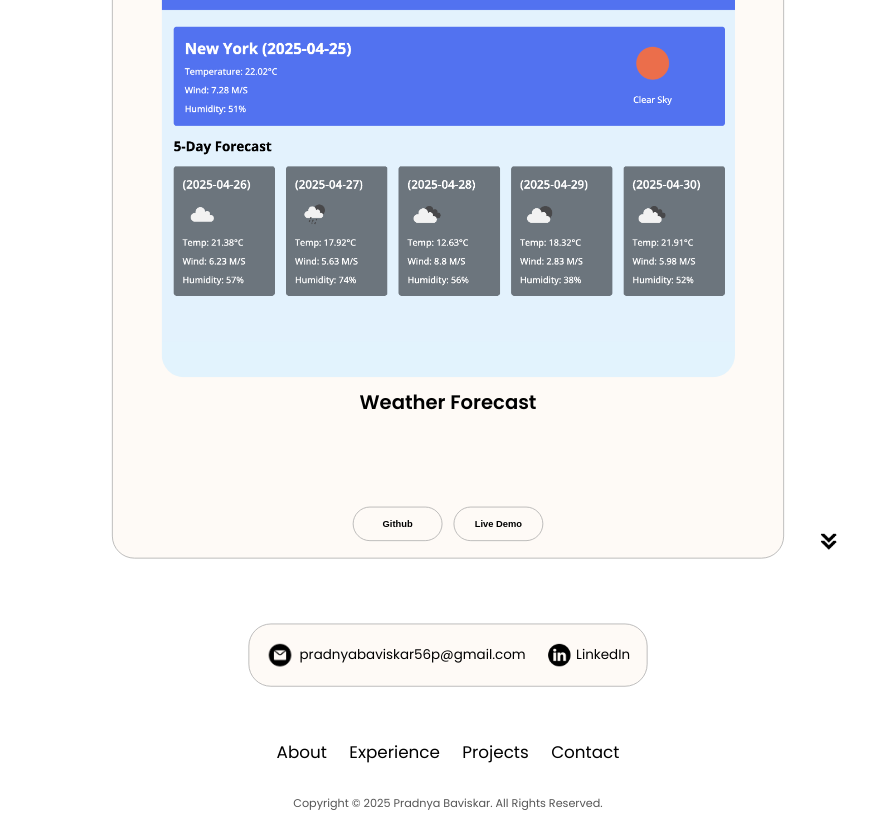
Repository: Pradnya-07/Portfolio-Pradnya
Page: index.html
An editor plug-in stored every save of this project. The page is shown before and after the next save, followed by the edit.
The browser window is 1280 px wide. The pictures show the part of the page from y = 4107 to 6027 px (the page is 5307 px tall before and 6027 px after), at 70% of full size.
A picture or video elsewhere on the page could not be fetched, so the positions and the page height are approximate.

Above is the page before, as saved 2025-05-03 23:30:58.

### index.html
<!DOCTYPE html>
<html lang="en">
  <head>
    <meta charset="UTF-8" />
    <meta http-equiv="X-UA-Compatible" content="IE=edge" />
    <meta name="viewport" content="width=device-width, initial-scale=1.0" />
    <title>My Portfolio</title>
    <link rel="stylesheet" href="style.css" />
    <link rel="stylesheet" href="mediaqueries.css" />
  </head>
  <body>
    <nav id="desktop-nav">
      <div class="logo">Pradnya Baviskar</div>
      <div>
        <ul class="nav-links">
          <li><a href="#about">About</a></li>
          <li><a href="#experience">Experience</a></li>
          <li><a href="#projects">Projects</a></li>
          <li><a href="#contact">Contact</a></li>
        </ul>
      </div>
    </nav>
    <nav id="hamburger-nav">
      <div class="logo">Pradnya Baviskar</div>
      <div class="hamburger-menu">
        <div class="hamburger-icon" onclick="toggleMenu()">
          <span></span>
          <span></span>
          <span></span>
        </div>
        <div class="menu-links">
          <li><a href="#about" onclick="toggleMenu()">About</a></li>
          <li><a href="#experience" onclick="toggleMenu()">Experience</a></li>
          <li><a href="#projects" onclick="toggleMenu()">Projects</a></li>
          <li><a href="#contact" onclick="toggleMenu()">Contact</a></li>
        </div>
      </div>
    </nav>
    <section id="profile">
      <div class="section__pic-container">
        <img src="./assets/profilephoto.jpg" alt="Pradnya Baviskar profile picture" />
      </div>
      <div class="section__text">
        <p class="section__text__p2">Hello, I'm</p>
        <h1 class="title">Pradnya Baviskar</h1>
        <p class="section__text__p2">Software Developer - Full Stack</p>
        <div class="btn-container">
          <button
            class="btn btn-color-2"
            onclick="window.open('./assets/pradnya_baviskar-3.pdf')"
          >
            Download CV
          </button>
          <button class="btn btn-color-1" onclick="location.href='#contact'">
            Contact Info
          </button>
        </div>
        <div id="socials-container">
          <img
            src="./assets/linkedin.png"
            alt="My LinkedIn profile"
            class="icon"
            onclick="location.href='https://linkedin.com/'"
          />
          <img
            src="./assets/github.png"
            alt="My Github profile"
            class="icon"
            onclick="location.href='https://github.com/'"
          />
        </div>
      </div>
    </section>
    <section id="about">
      <p class="section__text__p1">Get To Know More</p>
      <h1 class="title">About Me</h1>
      <div class="section-container">

        <div class="about-details-container">
          <div class="about-containers">
            <div class="details-container">
              <img
                src="./assets/experience.png"
                alt="Experience icon"
                class="icon"
              />
              <h3>Experience</h3>
              <p>3+ years <br />Full Stack Development</p>
            </div>
            <div class="details-container">
              <img
                src="./assets/education.png"
                alt="Education icon"
                class="icon"
              />
              <h3>Education</h3>
              <p>B.Tech. Bachelors Degree<br />M.Sc. Masters Degree</p>
            </div>
          </div>
          <div class="text-container">
            <p>
              I'm a Full Stack Developer with over 3 years of experience building scalable, production-ready web applications.
              My expertise lies in backend development using Java, SQL Server, Oracle, and Spring Boot, combined with frontend technologies like JavaScript and React.js.
              I have contributed to large-scale projects by improving performance and delivering complex financial technology solutions for top-tier banks, ensuring both efficiency and innovation.
              I’m passionate about writing clean, maintainable code and collaborating within cross-functional teams to solve challenging problems.
            </p>
            <p style=" margin-top: 2%;">
              With a Master's degree in Software Engineering and Testing, I am committed to staying ahead in the evolving tech landscape by learning and implementing emerging technologies.
              Whether it’s designing sleek front-end interfaces or optimizing complex back-end systems, I strive to build applications that are efficient, user-friendly, and impactful.
              Let’s collaborate and create innovative digital solutions together!
            </p>
          </div>

        </div>
      </div>
      <img
        src="./assets/arrow.png"
        alt="Arrow icon"
        class="icon arrow"
        onclick="location.href='#experience'"
      />
    </section>

 <div class="testimonials-container">
  <p class="section__text__p1">Hear From Others</p>
  <h1 class="title">Testimonial</h1>
    <div class="testimonial">

      <p class="testtext">
        "I have been a witness to Pradnya's growth as a professional during her stint with ICICI Bank, as a Software Developer from Servosys.
         From developing minor features as a new-comer to handling complete applications as a senior resource, Pradnya has shown great promise in a relatively short span of time.
         She has not only expanded her understanding of technology but also added relevant functional knowledge to her repertoire of skills.
         Her cordial demeanour and communication skills make her a good team-player as well.
         I am positive that this combination of her aptitude and attitude will add great value to any organisation/team she works with."

      </p>

      <span class="numbertext">Pratiyush Jena</span>
        <span class="destext">Digitisation & Automation | DVP @ Kotak Mahindra Bank</span>
    </div>


    <div class="testimonial">

      <p class="testtext">
        "Pradnya was working as Developer in my team, during the course Pradnya proved her independent, hardworking, problem solving and technical skills,
        She completed the assigned task on time. She is understanding and can manage stuff on own.
        I recommend Pradnya for development position and with right guidance and support she is an asset for team."

      </p>

      <span class="numbertext">Nawaz Shaikh</span>
      <span class="destext">Senior Business Analyst | Product Management | Fintech</span>
    </div>


    <div class="testimonial">

      <p class="testtext">
        "Pradnya is an experienced professional in all aspects of software development. We used to discuss different approaches for the tasks.
        She always had a positive influence on team at stressful times. I never got a chance to work with her in the same team but I really appreciate all of her efforts she used to put in projects to finish them by the deadlines.
        She will be a good asset to any organization and I am happy to recommend her."

      </p>

      <span class="numbertext">Upasana Garg</span>
      <span class="destext"> R&D Software Engineer @Dassault Systems</span>
    </div>

    <div class="testimonial">

      <p class="testtext">
       "Pradnya is one of the most dedicated professionals I’ve worked with and is willing to put that extra help whenever required.
        Her expertise as a developer is considerable, and it helped the team always.
        Her contribution is valuable to the side, and I highly recommend Pradnya and would love to work with her again."

      </p>

      <span class="numbertext">Mahima Tayal</span>
      <span class="destext">Lead Software Engineer at UKG</span>
    </div>
    <div>
      <a class="prev">
        <img class="icon" src="./assets/leftarrow.png" alt="left" />

      </a>
      <a class="next">
        <img class="icon" src="./assets/rightarrow.png" alt="right" />
      </a>
    </div>
  </div>




    <section id="experience">
      <p class="section__text__p1">Explore My</p>
      <h1 class="title">Experience</h1>
      <div class="experience-details-container">
        <div class="about-containers">
          <div class="details-container">
            <h2 class="experience-sub-title">Programming Languages</h2>
            <div class="article-container">
              <article class="skills">

                <div>
                  <h3 class="skills">Java</h3>
                </div>
              </article>
              <article class="skills">

                <div>
                  <h3 class="skills">JavaScript</h3>

                </div>
              </article>
              <article class="skills">

                <div>
                  <h3 class="skills">SQL</h3>

                </div>
              </article>
              <article class="skills">

                <div>
                  <h3 class="skills">C++</h3>

                </div>
              </article>
              <article class="skills">

                <div>
                  <h3>Python</h3>
                </div>
              </article>
              <article class="skills">

                <div>
                  <h3 class="skills">C</h3>
                </div>
              </article>

            </div>
          </div>

          <div class="details-container">
            <h2 class="experience-sub-title">Web Technologies</h2>
            <div class="article-container">
              <article>

                <div>
                  <h3>HTML</h3>
                </div>
              </article>
              <article>

                <div>
                  <h3>CSS</h3>
                </div>
              </article>
              <article>

                <div>
                  <h3>Bootstrap</h3>
                </div>
              </article>
              <article>

                <div>
                  <h3>ReactJS</h3>
                </div>
              </article>
              <article>

                <div>
                  <h3>NodeJS</h3>
                </div>
              </article>
              <article>

                <div>
                  <h3>ExpressJS</h3>
                </div>
              </article>
            </div>
          </div>

          <div class="details-container">
            <h2 class="experience-sub-title">Databases & Testing Tools</h2>
            <div class="article-container">
              <article>

                <div>
                  <h3>MySQL</h3>
                </div>
              </article>
              <article>

                <div>
                  <h3>Oracle</h3>
                </div>
              </article>
              <article>

                <div>
                  <h3>MongoDB</h3>
                </div>
              </article>
              <article>

                <div>
                  <h3>Postman</h3>
                </div>
              </article>
              <article>

                <div>
                  <h3>SoapUI</h3>
                </div>
              </article>

            </div>
          </div>

          <div class="details-container">
            <h2 class="experience-sub-title">Software</h2>
            <div class="article-container">
              <article>

                <div>
                  <h3>Git & GitHub</h3>
                </div>
              </article>
              <article>

                <div>
                  <h3>Linux</h3>
                </div>
              </article>



              <article>

                <div>
                  <h3>Docker</h3>
                </div>
              </article>
              <article>

                <div>
                  <h3>Jira</h3>
                </div>
              </article>
              <article>

                <div>
                  <h3 class="skills">Agile Methodology</h3>
                </div>
              </article>
            </div>
          </div>




        </div>
      </div>
      <img
        src="./assets/arrow.png"
        alt="Arrow icon"
        class="icon arrow"
        onclick="location.href='#projects'"
      />
    </section>

    <section id="projects">
      <p class="section__text__p1">Browse My Recent</p>
      <h1 class="title">Projects</h1>
      <div class="experience-details-container">
        <div class="about-containers">
          <div class="details-container color-container">
            <div class="article-container">
              <img
                src="./assets/project1.png"
                alt="Project 1"
                class="project-img"
              />
            </div>
            <h2 class="experience-sub-title project-title">My Book Nest</h2>
            <div class="btn-container">
              <button
                class="btn btn-color-2 project-btn"
                onclick="location.href='https://github.com/Pradnya-07/Pradnya-s_Library'"
              >
                Github
              </button>
              <button
                class="btn btn-color-2 project-btn"
                onclick="location.href='https://pradnya-s-library.onrender.com'"
              >
                Live Demo
              </button>
            </div>
          </div>
          <div class="details-container color-container">
            <div class="article-container">
              <img
                src="./assets/scam.png"
                alt="Project 2"
                class="project-img"
              />
            </div>
            <h2 class="experience-sub-title project-title">Spam Email Detection</h2>
            <div class="btn-container">
              <button
                class="btn btn-color-2 project-btn"
                onclick="location.href='https://github.com/Pradnya-07/Spam_Email_Detection'"
              >
                Github
              </button>
              <button
                class="btn btn-color-2 project-btn"
                onclick="location.href='https://spam-email-detection-9in7.onrender.com'"
              >
                Live Demo
              </button>
            </div>
          </div>
          <div class="details-container color-container">
            <div class="article-container">
              <img
                src="./assets/forecast.png"
                alt="Project 3"
                class="project-img"
              />
            </div>
            <h2 class="experience-sub-title project-title">Weather Forecast</h2>
            <div class="btn-container" style="margin-top: 14%;">
              <button
                class="btn btn-color-2 project-btn"
                onclick="location.href='https://github.com/Pradnya-07/Weather-Dashboard'"
              >
                Github
              </button>
              <button
                class="btn btn-color-2 project-btn"
                onclick="location.href='https://pradnya-07.github.io/Weather-Dashboard/'"
              >
                Live Demo
              </button>
            </div>
          </div>
        </div>
      </div>
      <img
        src="./assets/arrow.png"
        alt="Arrow icon"
        class="icon arrow"
        onclick="location.href='#contact'"
      />
    </section>
    <section id="contact">


      <div class="contact-info-upper-container">
        <div class="contact-info-container">
          <img
            src="./assets/email.png"
            alt="Email icon"
            class="icon contact-icon email-icon"
          />
          <p><a href="mailto:pradnyabaviskar56p@gmail.com">pradnyabaviskar56p@gmail.com</a></p>
        </div>
        <div class="contact-info-container">
          <img
            src="./assets/linkedin.png"
            alt="LinkedIn icon"
            class="icon contact-icon"
          />
          <p><a href="https://www.linkedin.com">LinkedIn</a></p>
        </div>
      </div>
    </section>
    <footer>
      <nav>
        <div class="nav-links-container">
          <ul class="nav-links">
            <li><a href="#about">About</a></li>
            <li><a href="#experience">Experience</a></li>
            <li><a href="#projects">Projects</a></li>
            <li><a href="#contact">Contact</a></li>
          </ul>
        </div>
      </nav>
      <p>Copyright &#169; 2025 Pradnya Baviskar. All Rights Reserved.</p>
    </footer>
    <script src="script.js"></script>
  </body>
</html>

### mediaqueries.css
@media screen and (max-width: 1400px) {
  #profile {
    height: 83vh;
    margin-bottom: 6rem;
  }
  .about-containers {
    flex-wrap: wrap;
  }
  #contact,
  #projects {
    height: fit-content;
  }
}

@media screen and (max-width: 1200px) {
  #desktop-nav {
    display: none;
  }
  #hamburger-nav {
    display: flex;
  }
  #experience,
  .experience-details-container {
    margin-top: 2rem;
  }
  #profile,
  .section-container {
    display: block;
  }
  .arrow {
    display: none;
  }
  section,
  .section-container {
    height: fit-content;
  }
  section {
    margin: 0 5%;
  }
  .section__pic-container {
    width: 275px;
    height: 275px;
    margin: 0 auto 2rem;
  }
  .about-containers {
    margin-top: 0;
  }
}

@media screen and (max-width: 600px) {
  #contact,
  footer {
    height: 40vh;
  }
  #profile {
    height: 83vh;
    margin-bottom: 0;
  }
  article {
    font-size: 1rem;
  }
  footer nav {
    height: fit-content;
    margin-bottom: 2rem;
  }
  .about-containers,
  .contact-info-upper-container,
  .btn-container {
    flex-wrap: wrap;
  }
  .contact-info-container {
    margin: 0;
  }
  .contact-info-container p,
  .nav-links li a {
    font-size: 1rem;
  }
  .experience-sub-title {
    font-size: 1.25rem;
  }
  .logo {
    font-size: 1.5rem;
  }
  .nav-links {
    flex-direction: column;
    gap: 0.5rem;
    text-align: center;
  }
  .section__pic-container {
    width: auto;
    height: 46vw;
    justify-content: center;
  }
  .section__text__p2 {
    font-size: 1.25rem;
  }
  .title {
    font-size: 2rem;
  }
  .text-container {
    text-align: justify;
  }
}

Loaded but not shown: script.js (39 lines, source omitted); style.css (548 lines, source omitted)

After the next save:
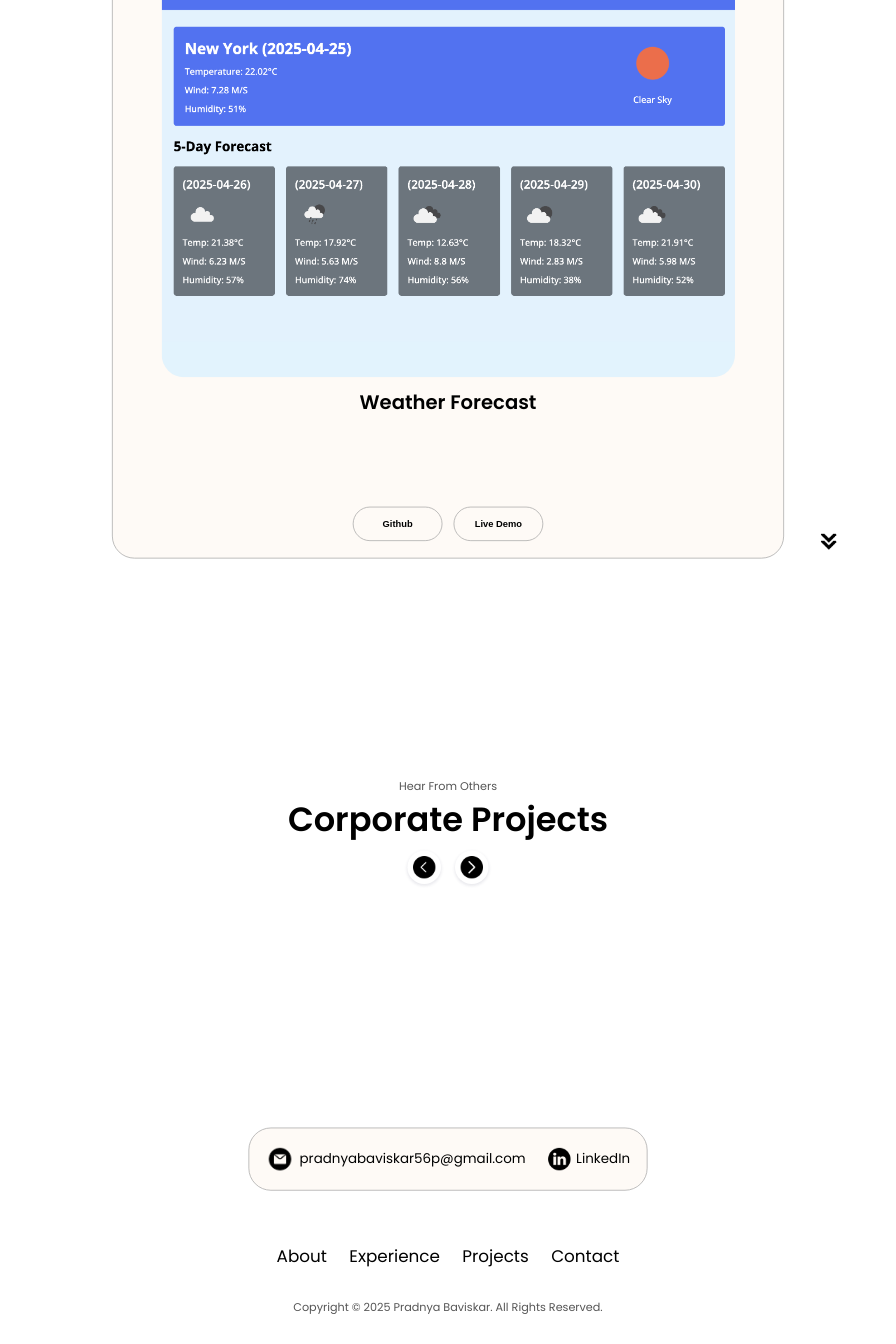
Saved 12 h 27 min later.
--- a/index.html
+++ b/index.html
@@ -461,6 +461,82 @@
         onclick="location.href='#contact'"
       />
     </section>
+
+
+    <div class="testimonials-container">
+      <p class="section__text__p1">Hear From Others</p>
+      <h1 class="title">Corporate Projects</h1>
+        <div class="testimonial">
+          <span class="numbertext">Goods and Services Tax Overdraft</span>
+          <p class="testtext">
+            Worked on the GST Overdraft (GSTOD) Facility project aimed at providing collateral-backed working
+            capital to Micro, Small, and Medium Enterprises (MSMEs) based on their Goods and Services Tax (GST) returns.
+            The solution simplifies credit assessment by leveraging GST data, enabling quick digital processing and eliminating the need for traditional financial documents.
+            The facility supports Overdraft (OD), Letter of Credit (LC), and Bank Guarantee (BG) options with loan amounts up to ₹3 crore.
+          </p>
+
+
+            <span class="destext">Digitisation & Automation | DVP @ Kotak Mahindra Bank</span>
+        </div>
+
+
+        <div class="testimonial">
+
+          <p class="testtext">
+            "Pradnya was working as Developer in my team, during the course Pradnya proved her independent, hardworking, problem solving and technical skills,
+            She completed the assigned task on time. She is understanding and can manage stuff on own.
+            I recommend Pradnya for development position and with right guidance and support she is an asset for team."
+
+          </p>
+
+          <span class="numbertext">Nawaz Shaikh</span>
+          <span class="destext">Senior Business Analyst | Product Management | Fintech</span>
+        </div>
+
+
+        <div class="testimonial">
+
+          <p class="testtext">
+            "Pradnya is an experienced professional in all aspects of software development. We used to discuss different approaches for the tasks.
+            She always had a positive influence on team at stressful times. I never got a chance to work with her in the same team but I really appreciate all of her efforts she used to put in projects to finish them by the deadlines.
+            She will be a good asset to any organization and I am happy to recommend her."
+
+          </p>
+
+          <span class="numbertext">Upasana Garg</span>
+          <span class="destext"> R&D Software Engineer @Dassault Systems</span>
+        </div>
+
+        <div class="testimonial">
+
+          <p class="testtext">
+           "Pradnya is one of the most dedicated professionals I’ve worked with and is willing to put that extra help whenever required.
+            Her expertise as a developer is considerable, and it helped the team always.
+            Her contribution is valuable to the side, and I highly recommend Pradnya and would love to work with her again."
+
+          </p>
+
+          <span class="numbertext">Mahima Tayal</span>
+          <span class="destext">Lead Software Engineer at UKG</span>
+        </div>
+        <div>
+          <a class="prev">
+            <img class="icon" src="./assets/leftarrow.png" alt="left" />
+
+          </a>
+          <a class="next">
+            <img class="icon" src="./assets/rightarrow.png" alt="right" />
+          </a>
+        </div>
+      </div>
+
+
+
+
+
+
+
+
     <section id="contact">
 
 
